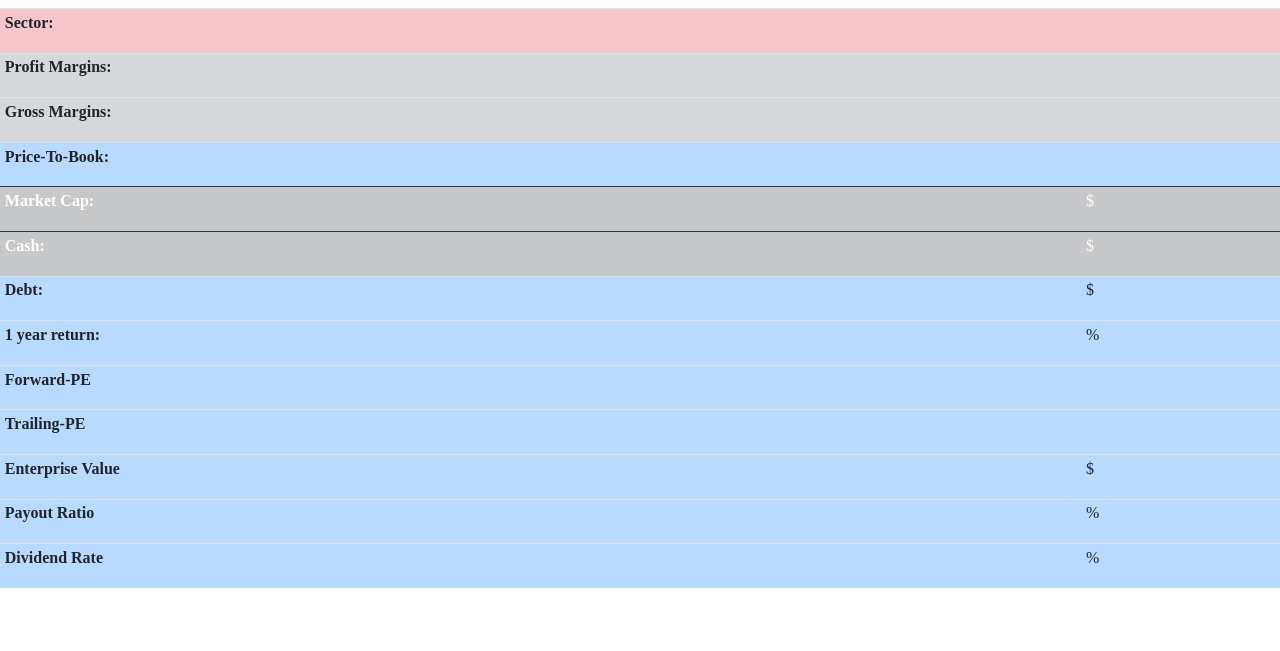
Repository: brendan12372/theSite
Page: topTen/templates/stocks/stock_detail.html
An editor plug-in stored every save of this project. The page is shown before and after the next save, followed by the edit.
The browser window is 1280 px wide. The pictures show the whole page.
Some web libraries are served in a nearby version. The page is served by the project's application, run on Django 4.2 (manage.py). Other server files are loaded and not shown. The template is opened directly, without the code that normally fills it, so the values that code supplies are empty.

Above is the page before, as saved 2022-03-15 01:08:29.

### topTen/templates/stocks/stock_detail.html
{% load static %}
{{ static }}

<html lang="en">
  <head>
    <!-- Required meta tags -->
    <meta charset="utf-8">
    <meta name="viewport" content="width=device-width, initial-scale=1, shrink-to-fit=no">

    <!-- Bootstrap CSS -->
    <link rel="stylesheet" href="https://cdn.jsdelivr.net/npm/bootstrap@4.0.0/dist/css/bootstrap.min.css" integrity="sha384-Gn5384xqQ1aoWXA+058RXPxPg6fy4IWvTNh0E263XmFcJlSAwiGgFAW/dAiS6JXm" crossorigin="anonymous">
    <link rel="stylesheet" type="text/css" href="{% static 'topTen/style.css' %}"><!doctype html>

    <title>Hello, world!</title>
  </head>
  <body>

    <!--  <h1 class="display-3 text-center">{{ object.shortName }}</h1>
    <p class="text-start font-weight-bold"> summary:</p><p>{{ object.summary }}</p>
    <p>{{object.news}}<a href={{object.link}}>learn more</a> </p>

    <p>market Cap: {{ object.marketCap }}</p>


    <p>Profit Margin: {{ object.profitMargins }}</p>
    <p>Profit Margin: {{ object.grossMargins }}</p>
    <p>1 year Return: {{ object.yearReturn }}</p>
    <p>Price-to-Book: {{ object.PriceToBook}}</p>
    <p>Debt Equity Ratio: {{ object.debtEquityRatio}}</p> -->
    <h1 class="display-3 text-center">{{ object.shortName }}</h1>
    <table class="table table-hover table-primary table-sm">
      <!-- <thead class="thead-dark">
        <tr>
          <th scope="col">cat</th>
          <th scope="col">val</th>
        </tr>
      </thead> -->
      <tbody>

        <tr class="table-danger">
          <td><p class="font-weight-bold">Sector:</p></td>
          <td>{{object.sector}}</td>
        </tr>
        <tr class="table-secondary">
          <td><p class="font-weight-bold">Profit Margins:</p></td>
          <td>{{object.profitMargins}}</td>
        </tr>


        <tr class="table-secondary">
          <td><p class="font-weight-bold">Gross Margins:</p></td>
          <td>{{object.grossMargins}}</td>
        </tr>

        <tr>
          <td><p class="font-weight-bold">Price-To-Book:</p></td>
          <td>{{object.PriceToBook}}</td>
        </tr>

        <tr class="table-dark">
          <td><p class="font-weight-bold">Market Cap:</p></td>
          <td>$ {{object.marketCap}}</td>
        </tr>
        <tr class="table-dark">
          <td><p class="font-weight-bold">Cash:</p></td>
          <td>$ {{object.totalCash}}</td>
        </tr>

        <tr>
          <td><p class="font-weight-bold">Debt:</p></td>
          <td>$ {{object.totalDebt}}</td>
        </tr>

        <tr>
          <td><p class="font-weight-bold">1 year return:</p></td>
          <td>{{object.yearReturn}} %</td>
        </tr>
        <tr>
          <td><p class="font-weight-bold">Forward-PE</p></td>
          <td>{{object.forwardPE}}</td>
        </tr>

        <tr>
          <td><p class="font-weight-bold">Trailing-PE</p></td>
          <td>{{object.trailingPE}}</td>
        </tr>

        <tr>
          <td><p class="font-weight-bold">Enterprise Value</p></td>
          <td>$ {{object.enterpriseValue}}</td>
        </tr>

        <tr>
          <td><p class="font-weight-bold">Payout Ratio</p></td>
          <td>{{object.payoutRatio}} %</td>
        </tr>


        <tr>
          <td><p class="font-weight-bold">Dividend Rate</p></td>
          <td>{{object.dividendRate}} %</td>
        </tr>


      </tbody>
    </table>




    <!-- Optional JavaScript -->
    <!-- jQuery first, then Popper.js, then Bootstrap JS -->
    <script src="https://code.jquery.com/jquery-3.2.1.slim.min.js" integrity="sha384-KJ3o2DKtIkvYIK3UENzmM7KCkRr/rE9/Qpg6aAZGJwFDMVNA/GpGFF93hXpG5KkN" crossorigin="anonymous"></script>
    <script src="https://cdn.jsdelivr.net/npm/popper.js@1.12.9/dist/umd/popper.min.js" integrity="sha384-ApNbgh9B+Y1QKtv3Rn7W3mgPxhU9K/ScQsAP7hUibX39j7fakFPskvXusvfa0b4Q" crossorigin="anonymous"></script>
    <script src="https://cdn.jsdelivr.net/npm/bootstrap@4.0.0/dist/js/bootstrap.min.js" integrity="sha384-JZR6Spejh4U02d8jOt6vLEHfe/JQGiRRSQQxSfFWpi1MquVdAyjUar5+76PVCmYl" crossorigin="anonymous"></script>
  </body>
</html>

### tutorial/urls.py
from django.urls import path, include
from django.contrib import admin

urlpatterns = [
path('admin/', admin.site.urls),
path('', include('stocks.urls')),
path('topTen/', include('topTen.urls')),

]

### stocks/urls.py
from django.urls import path
from stocks import views
from django.contrib import admin

urlpatterns = [
    # path('stocks/', views.stocks_list),
    path('', views.stocks_list2),
    path('<int:pk>/', views.stocks_detail),
    path('<str:sector>/<str:sortBy>/<str:dir>', views.stocks_list),
    path('sectors/<str:sortBy>/<str:dir>', views.sector_list),

]

### topTen/urls.py
from django.urls import path
from topTen import views
urlpatterns = [
    # path('front/', views.front_list),
    # path('front/<int:pk>/', views.stocks_detail),
    path('sector/', views.sector_view,name='sector'),
    path('home/', views.vTwo,name='sort'),
    path('',views.home,name='home'),
    path('<int:pk>/', views.detail.as_view(),name='detail'),


]

### topTen/static/topTen/style.css
 /* Navbar container */
 .theOptions{
  background-color:lightblue;
  text-align: left;
     padding-left: 10%;
}
 article{
margin-top:30px;
 }
 body{
          font-family: "Noto Serif Armenian Light";

 }
.Key{
    background-color: lightblue;
}

.theList{
  background-color:darkgrey;
  text-align: left;
  margin-top: 5px;
    font-family: "Times";
}
p{
         font-family: "Noto Serif Armenian Light";

}
 .navbar {
  overflow: hidden;
  background-color: darkgrey;
  font-family: 'Noto Serif Armenian Light';
     margin-bottom: 30px;
}
 body {
   background-color:'green'
 }

/* Links inside the navbar */
.navbar a {
  float: left;
  font-size: 16px;
  color: white;
  text-align: center;
  padding: 14px 16px;
  text-decoration: none;
}

/* The dropdown container */
.dropdown {
  float: left;
  overflow: hidden;
}

/* Dropdown button */
.dropdown .dropbtn {
  font-size: 16px;
  border: none;
  outline: none;
  color: white;
  padding: 14px 16px;
  background-color: inherit;
  font-family: inherit; /* Important for vertical align on mobile phones */
  margin: 0; /* Important for vertical align on mobile phones */
}

/* Add a red background color to navbar links on hover */
.navbar a:hover, .dropdown:hover .dropbtn {
  background-color: red;
}

/* Dropdown content (hidden by default) */
.dropdown-content {
  display: none;
  position: absolute;
  background-color: #f9f9f9;
  min-width: 160px;
  box-shadow: 0px 8px 16px 0px rgba(0,0,0,0.2);
  z-index: 1;
}

/* Links inside the dropdown */
.dropdown-content a {
  float: none;
  color: black;
  padding: 12px 16px;
  text-decoration: none;
  display: block;
  text-align: left;
}

/* Add a grey background color to dropdown links on hover */
.dropdown-content a:hover {
  background-color: #ddd;
}

/* Show the dropdown menu on hover */
.dropdown:hover .dropdown-content {
  display: block;
}
label {
  ;
}

After the next save:
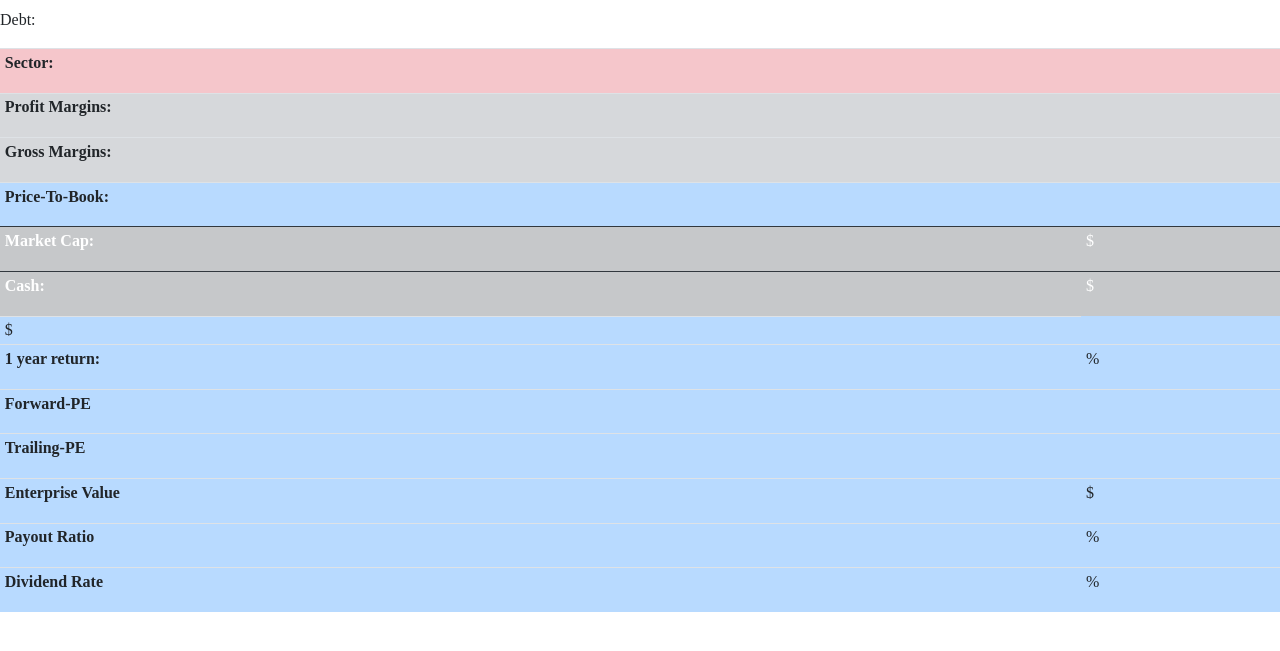
Saved 42 s later.
--- a/topTen/templates/stocks/stock_detail.html
+++ b/topTen/templates/stocks/stock_detail.html
@@ -66,7 +66,7 @@
           <td>$ {{object.totalCash}}</td>
         </tr>
 
-        <tr>
+        <tr class="table-dark>
           <td><p class="font-weight-bold">Debt:</p></td>
           <td>$ {{object.totalDebt}}</td>
         </tr>
